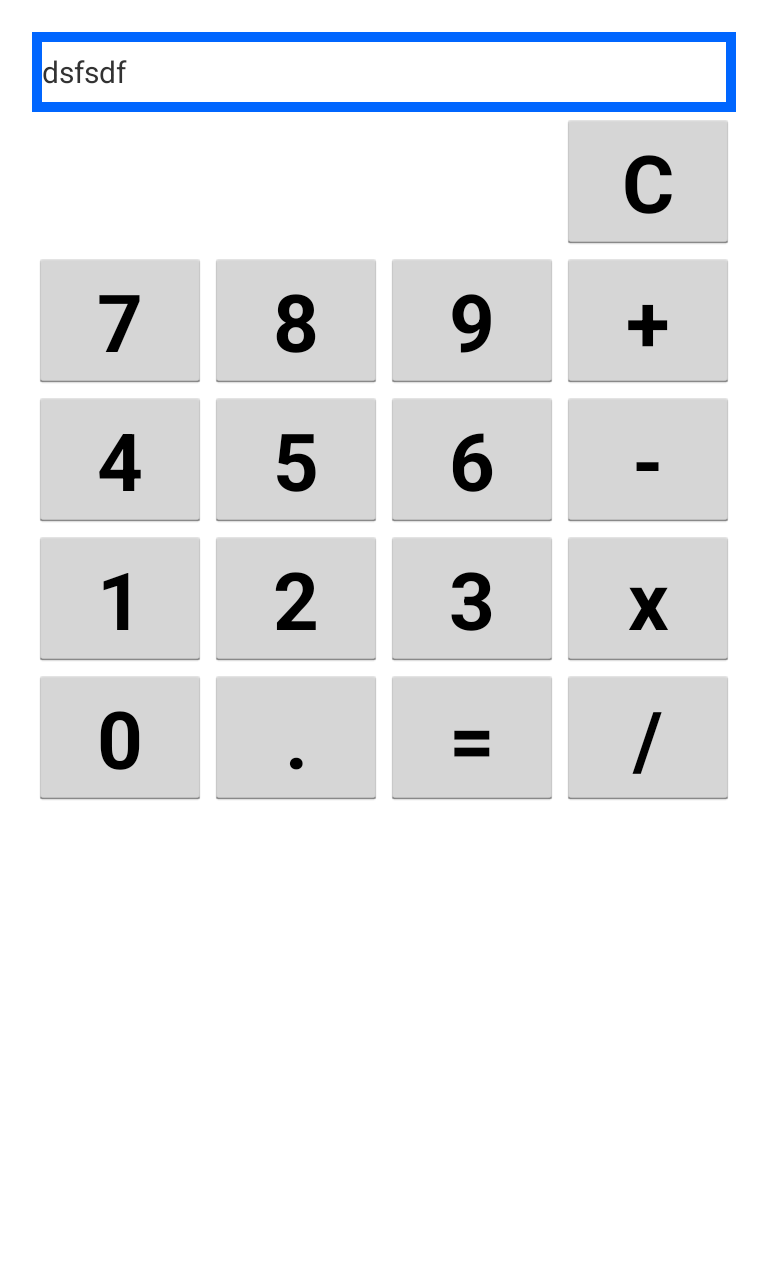
Repository: G3rcar/Android-I
Layout: SimpleCalculator/res/layout/activity_main.xml
These files come from the project's save history. The layout is drawn as it stood at one moment and after the next save; the edit follows.
It is drawn on a 768 x 1280 px phone screen (xhdpi) without system bars, with theme AppTheme; the app's code is not run.

Above is the layout before, as saved 2013-11-08 21:42:31.

### SimpleCalculator/res/layout/activity_main.xml
<ScrollView xmlns:android="http://schemas.android.com/apk/res/android"
    xmlns:tools="http://schemas.android.com/tools"
    android:id="@+id/ScrollView1"
    android:layout_width="match_parent"
    android:layout_height="wrap_content"
    android:paddingBottom="@dimen/activity_vertical_margin"
    android:paddingLeft="@dimen/activity_horizontal_margin"
    android:paddingRight="@dimen/activity_horizontal_margin"
    android:paddingTop="@dimen/activity_vertical_margin" >



    <LinearLayout
        android:layout_width="match_parent"
        android:layout_height="wrap_content"
        android:orientation="vertical" >

          <TextView
              android:id="@+id/txvOperaciones"
              android:layout_width="match_parent"
              android:layout_height="40dp"
              style="@style/operacionesTexto"
              android:text="dsfsdf" />

          <LinearLayout
              android:layout_width="match_parent"
              android:layout_height="wrap_content" >

              <TextView
                  android:id="@+id/txvResultado"
                  style="@style/resultadoNumero"
                  android:layout_width="0dp"
                  android:layout_height="match_parent"
                  android:layout_weight="3" />

              <Button
                  android:id="@+id/button1"
                  style="@style/botonNumero"
                  android:layout_width="0dp"
                  android:layout_height="wrap_content"
                  android:layout_weight="1"
                  android:text="@string/lblClear" />

          </LinearLayout>

          <LinearLayout
              android:layout_width="match_parent"
              android:layout_height="match_parent" >

              <Button
                  android:id="@+id/btnSiete"
                  style="@style/botonNumero"
                  android:layout_width="0dp"
                  android:layout_height="wrap_content"
                  android:layout_weight="1"
                  android:text="@string/lblNumSiete" />

              <Button
                  android:id="@+id/btnOcho"
                  style="@style/botonNumero"
                  android:layout_width="0dp"
                  android:layout_height="wrap_content"
                  android:layout_weight="1"
                  android:text="@string/lblNumOcho" />

              <Button
                  android:id="@+id/btnNueve"
                  style="@style/botonNumero"
                  android:layout_width="0dp"
                  android:layout_height="wrap_content"
                  android:layout_weight="1"
                  android:text="@string/lblNumNueve" />

              <Button
                  android:id="@+id/btnMas"
                  style="@style/botonNumero"
                  android:layout_width="0dp"
                  android:layout_height="wrap_content"
                  android:layout_weight="1"
                  android:text="@string/lblMas" />

          </LinearLayout>

          <LinearLayout
              android:layout_width="match_parent"
              android:layout_height="match_parent" >

              <Button
                  android:id="@+id/btnCuatro"
                  style="@style/botonNumero"
                  android:layout_width="0dp"
                  android:layout_height="wrap_content"
                  android:layout_weight="1"
                  android:text="@string/lblNumCuatro" />

              <Button
                  android:id="@+id/btnCinco"
                  style="@style/botonNumero"
                  android:layout_width="0dp"
                  android:layout_height="wrap_content"
                  android:layout_weight="1"
                  android:text="@string/lblNumCinco" />

              <Button
                  android:id="@+id/btnSeis"
                  style="@style/botonNumero"
                  android:layout_width="0dp"
                  android:layout_height="wrap_content"
                  android:layout_weight="1"
                  android:text="@string/lblNumSeis" />

              <Button
                  android:id="@+id/btnMenos"
                  style="@style/botonNumero"
                  android:layout_width="0dp"
                  android:layout_height="wrap_content"
                  android:layout_weight="1"
                  android:text="@string/lblMenos" />

          </LinearLayout>

          <LinearLayout
              android:layout_width="match_parent"
              android:layout_height="match_parent" >

              <Button
                  android:id="@+id/btnUno"
                  style="@style/botonNumero"
                  android:layout_width="0dp"
                  android:layout_height="wrap_content"
                  android:layout_weight="1"
                  android:text="@string/lblNumUno" />

              <Button
                  android:id="@+id/btnDos"
                  style="@style/botonNumero"
                  android:layout_width="0dp"
                  android:layout_height="wrap_content"
                  android:layout_weight="1"
                  android:text="@string/lblNumDos" />

              <Button
                  android:id="@+id/btnTres"
                  style="@style/botonNumero"
                  android:layout_width="0dp"
                  android:layout_height="wrap_content"
                  android:layout_weight="1"
                  android:text="@string/lblNumTres" />

              <Button
                  android:id="@+id/btnMultiplicacion"
                  style="@style/botonNumero"
                  android:layout_width="0dp"
                  android:layout_height="wrap_content"
                  android:layout_weight="1"
                  android:text="@string/lblMultiplicacion" />

          </LinearLayout>

          <LinearLayout
              android:layout_width="match_parent"
              android:layout_height="match_parent" >

              <Button
                  android:id="@+id/btnCero"
                  style="@style/botonNumero"
                  android:layout_width="0dp"
                  android:layout_height="wrap_content"
                  android:layout_weight="1"
                  android:text="@string/lblNumCero" />

              <Button
                  android:id="@+id/btnPunto"
                  style="@style/botonNumero"
                  android:layout_width="0dp"
                  android:layout_height="wrap_content"
                  android:layout_weight="1"
                  android:text="@string/lblPunto" />

              <Button
                  android:id="@+id/btnIgual"
                  style="@style/botonNumero"
                  android:layout_width="0dp"
                  android:layout_height="wrap_content"
                  android:layout_weight="1"
                  android:text="@string/lblIgual" />

              <Button
                  android:id="@+id/btnDivision"
                  style="@style/botonNumero"
                  android:layout_width="0dp"
                  android:layout_height="wrap_content"
                  android:layout_weight="1"
                  android:text="@string/lblDivision" />

          </LinearLayout>

    </LinearLayout>

</ScrollView>

### SimpleCalculator/res/values/styles.xml
<resources xmlns:android="http://schemas.android.com/apk/res/android">

    <!--
        Base application theme, dependent on API level. This theme is replaced
        by AppBaseTheme from res/values-vXX/styles.xml on newer devices.
    -->
    <style name="AppBaseTheme" parent="android:Theme.Light">
        <!--
            Theme customizations available in newer API levels can go in
            res/values-vXX/styles.xml, while customizations related to
            backward-compatibility can go here.
        -->
    </style>

    <!-- Application theme. -->
    <style name="AppTheme" parent="AppBaseTheme">
        <!-- All customizations that are NOT specific to a particular API-level can go here. -->
    </style>
    <style name="botonNumero">
        <item name="android:textSize">40sp</item>
        <item name="android:textStyle">bold</item>
    </style>

    <style name="resultadoNumero">
        <item name="android:textSize">35sp</item>
        <item name="android:gravity">right|center</item>
        <item name="android:paddingRight">5dp</item>
    </style>
    <style name="operacionesTexto">
        <item name="android:textSize">15sp</item>
        <item name="android:gravity">left|center</item>
        <item name="android:paddingLeft">5dp</item>
        <item name="android:background">@drawable/border</item>

    </style>



</resources>

### SimpleCalculator/res/values/strings.xml
<?xml version="1.0" encoding="utf-8"?>
<resources>

    <string name="app_name">Simple Calculator</string>
    <string name="action_settings">Settings</string>
    <string name="hello_world">Hello world!</string>
    <string name="lblNumSiete">7</string>
    <string name="lblNumOcho">8</string>
    <string name="lblNumNueve">9</string>
    <string name="lblMas">+</string>
    <string name="lblNumCuatro">4</string>
    <string name="lblNumCinco">5</string>
    <string name="lblNumSeis">6</string>
    <string name="lblMenos">-</string>
    <string name="lblNumUno">1</string>
    <string name="lblNumDos">2</string>
    <string name="lblNumTres">3</string>
    <string name="lblMultiplicacion">x</string>
    <string name="lblNumCero">0</string>
    <string name="lblPunto">.</string>
    <string name="lblIgual">=</string>
    <string name="lblDivision">/</string>
    <string name="lblClear">C</string>

</resources>

### SimpleCalculator/res/drawable/border.xml
<?xml version="1.0" encoding="utf-8"?>
<shape xmlns:android="http://schemas.android.com/apk/res/android" >
	<solid android:color="#ffffff" />
	<stroke android:width="5dip" android:color="#0066ff"/>

</shape>

Loaded but not shown: SimpleCalculator/res/values-v11/styles.xml (common file); SimpleCalculator/res/values-v14/styles.xml (common file); SimpleCalculator/res/values/dimens.xml (common file)

After the next save:
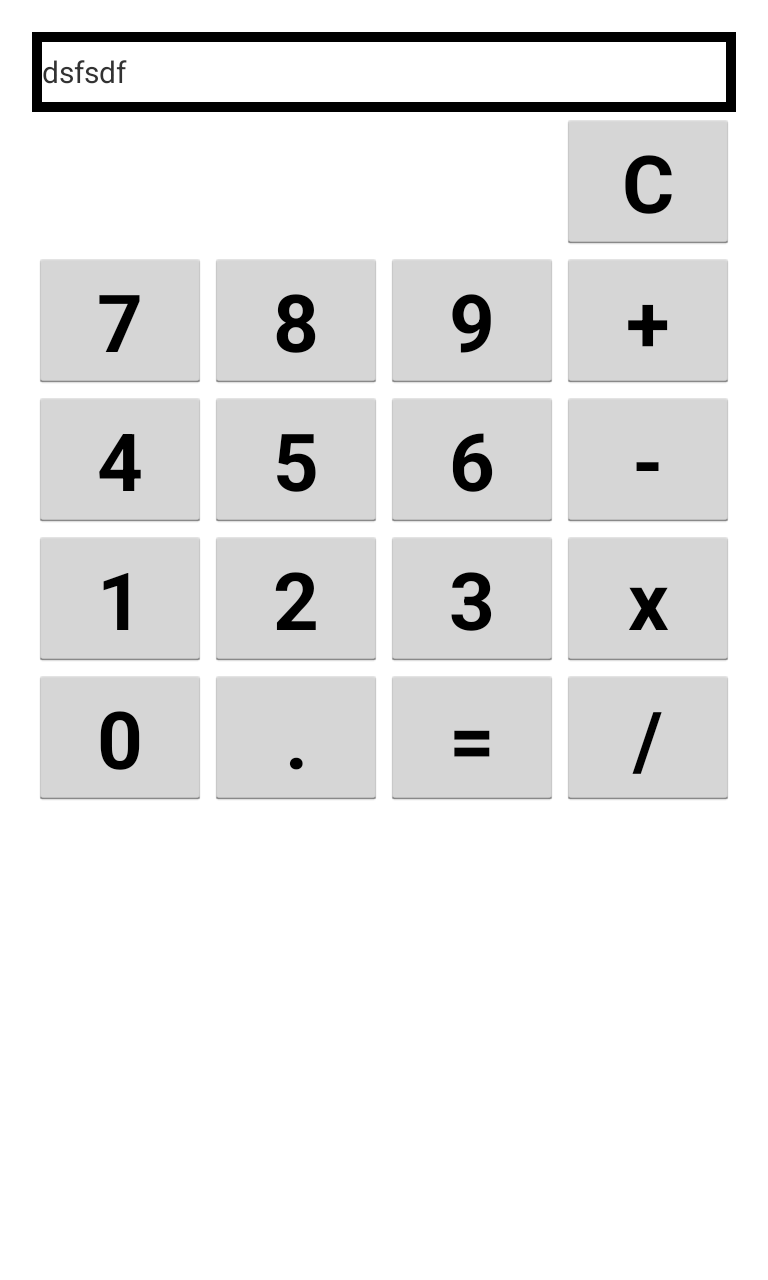
Saved 11 s later.
--- a/SimpleCalculator/res/drawable/border.xml
+++ b/SimpleCalculator/res/drawable/border.xml
@@ -1,6 +1,6 @@
 <?xml version="1.0" encoding="utf-8"?>
 <shape xmlns:android="http://schemas.android.com/apk/res/android" >
 	<solid android:color="#ffffff" />
-	<stroke android:width="5dip" android:color="#0066ff"/>
+	<stroke android:width="5dip" android:color="#000000"/>
 
 </shape>
